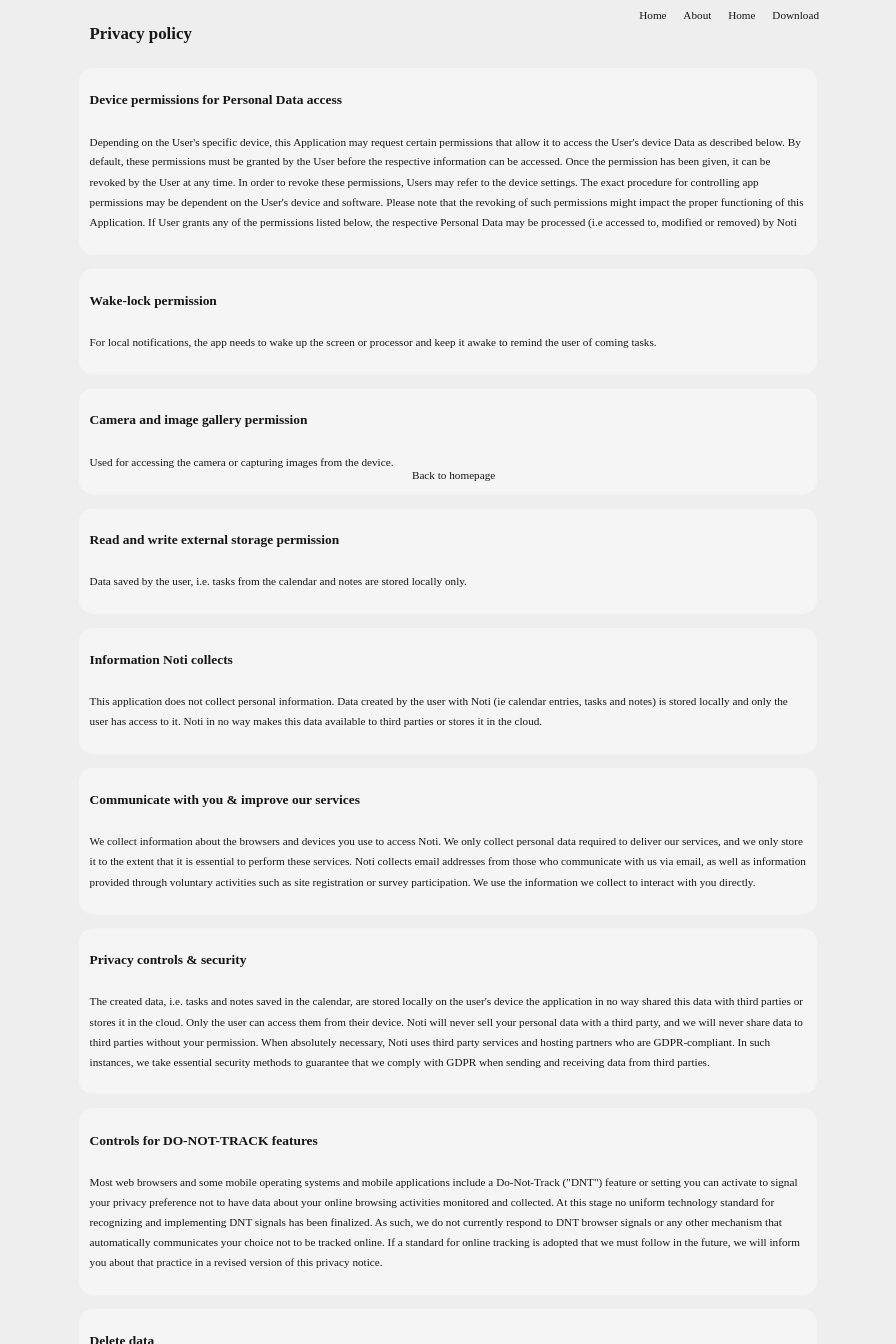
Repository: RafalSiuta/notiweb
Page: policy.html
These files come from the project's save history. The page is drawn as it stood at one moment and after the next save; the edit follows.
The browser window is 1280 px wide. The pictures show the part of the page from y = 0 to 1920 px (the page is 3557 px tall), at 70% of full size.

Above is the page before, as saved 2024-12-15 02:19:56.

After the next save:
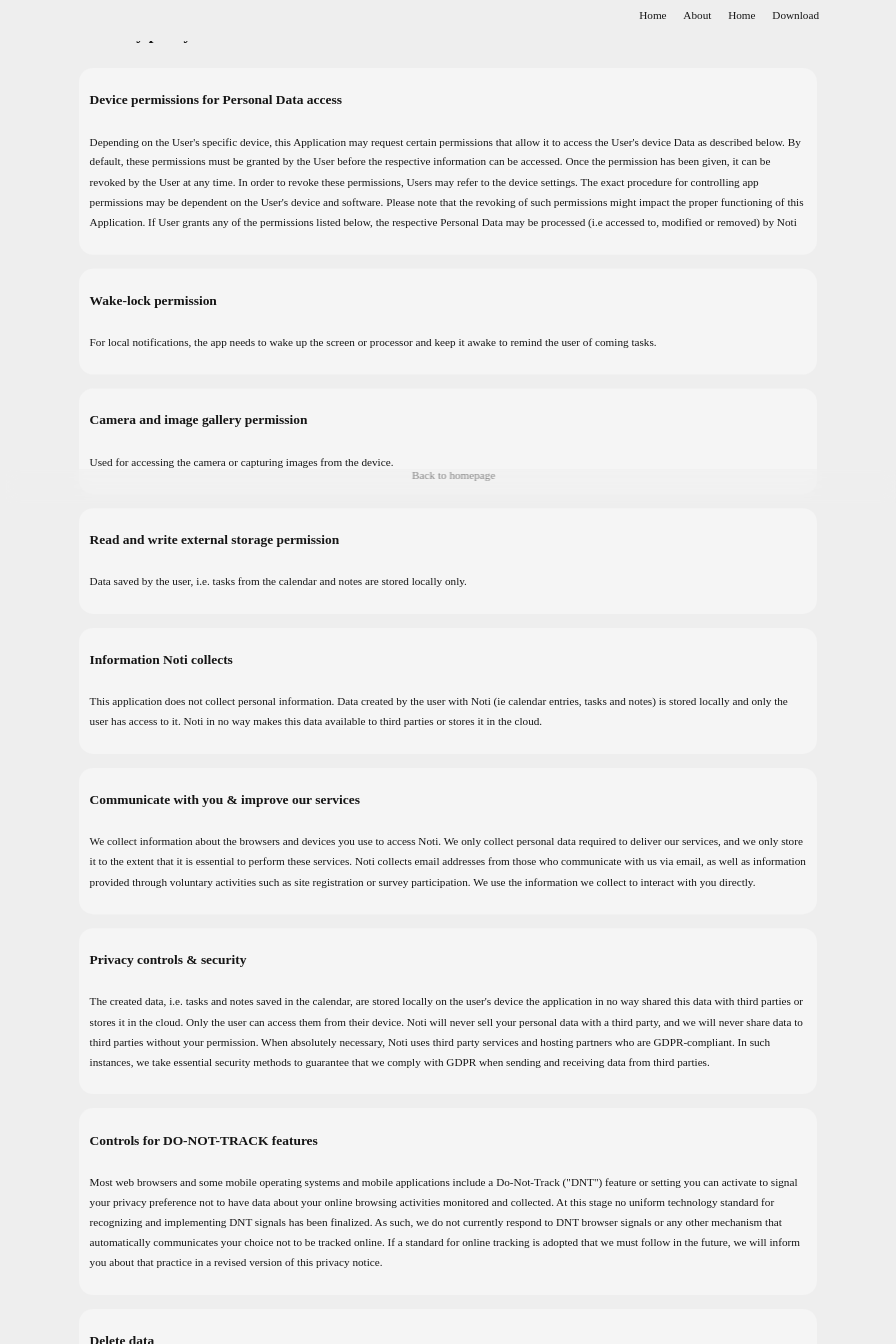
Saved 83 s later.
--- a/styles/styles.css
+++ b/styles/styles.css
@@ -12,6 +12,7 @@
 nav{
     width: 100vw;
     position: fixed;
+    background-color: #EEEEEE;
 }
  ul{
     width: 80vw;
@@ -63,6 +64,9 @@
     position: fixed;
     text-align: center;
     z-index: 2;
+    background-color: #EEEEEE;
+    opacity: 0.5;
+    backdrop-filter: blur(10px);
 }
 .policy-link{
     font-family: "Exo-medium";
